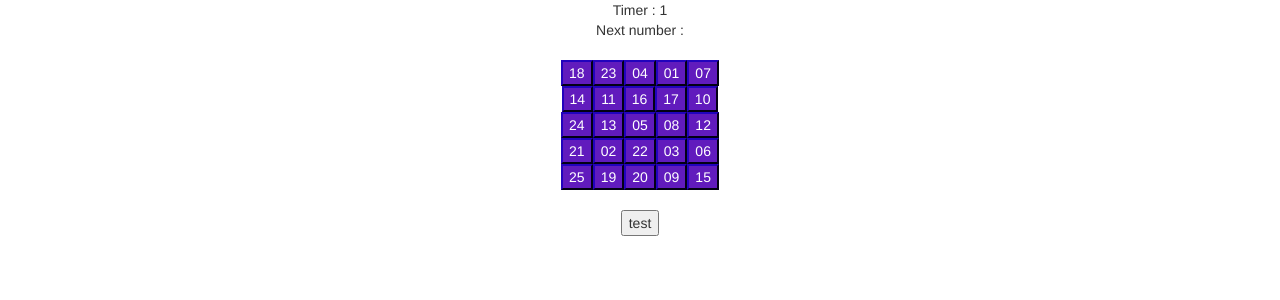
Repository: mikelily/lab
Page: oneTo25/game.2.html
The author's editor kept a record of every edit. The page is drawn from the files as they stood at one moment, then again after the next edit.
The browser window is 1280 px wide. The pictures show the whole page.

Above is the page before.

### oneTo25/game.2.html
<!DOCTYPE html>
<html>
    <head>
        <meta charset="UTF-8">
        <title>1 - 25</title>

        <meta name="viewport" content="width=device-width, initial-scale=1">
        <link href="css/bootstrap.min.css" rel="stylesheet">
        <link href="css/bootstrap-button.css" rel="stylesheet">

        <link href="css/style_ok.css" rel="stylesheet">
        <script type="text/javascript" src="js/jquery.js"></script>
        <script>
            var oneTo25 = [];
            // var oneTo25Random = [];
            for (var i=0;i<25;i++){
                if(i<9){
                    oneTo25[i] = "0"+(i+1);
                }else
                    oneTo25[i] = i+1;
            }

            $(document).ready(function () {
                placeBtn();
            });

            $(".num25").each(function (key, obj) {
                $(obj).data("num25", oneTo25[key]);
            })

            function placeBtn(){
                $("#nextN").text(nextNum);
                var html = "";
                var brNow = 0;
                random25();
                for (i = 0 ; i < 25 ; i++){
                    if(brNow==5){
                        html += "<br>";
                        brNow =0;
                    }
                    html += '<button type="button" name="btn'+oneTo25[i]+'" id="btn'+
                    oneTo25[i]+'"class="num25 btn-num" data-num25="btn'+oneTo25[i]+
                    '" onclick="btnClick('+oneTo25[i]+')">'+oneTo25[i]+' </button>';
                    brNow++;
                }
                $("#container").html(html);

            }
        </script>
    </head>
    <body>
        <center>
            <div>
                <text>Timer : </text>
                <text id="nextN"></text>
            </div>
            <!--<canvas id="canvas" width=300 height=300></canvas>-->
            <div>
                <text>Next number : </text>
                <text id="nextN"></text>
            </div>
            <br>
            <div id="container"></div><br>
            <div>
                <button onclick="btnTest()">test</button>
            </div>
            <script>
            var timer;
            var output;

            function btnTest(){
                placeBtn();
            }

            var nextNum = 1;
            var rightNum = -1;

            function btnClick(i){
                console.log(i);
                if(nextNum == i){
                    nextNum++;  //if nextNum == 26 -> End Game
                    if (nextNum == 26){
                        nextNum = 1;
                        //endGame
                    }


                    $("#nextN").text(nextNum);

                    if(i<10){
                        $("#btn0"+i).prop('disabled', true);
                        $("#btn0"+i).removeClass("btn-num");
                        $("#btn0"+i).addClass("btn-numC");
                    }else{
                        $("#btn"+i).prop('disabled', true);
                        $("#btn"+i).removeClass("btn-num");
                        $("#btn"+i).addClass("btn-numC");
                    }
                }


                //console.log(i);
            }

            function random25(){
                for(var i=0;i<50;i++){  //打亂50次
                    var twoNum = getRandomArray(0,24,2);
                    var j = twoNum[0];
                    var k = twoNum[1];
                    var temp = "";
                    temp = oneTo25[j];
                    oneTo25[j] = oneTo25[k];
                    oneTo25[k] = temp;
                    //console.log("第"+(i+1)+"次：change "+j+" , "+k);

                }
            }

            // =========Timer Code 1=========
            // var canvas=document.getElementById("canvas");
            // var ctx=canvas.getContext("2d");
            // var cw=canvas.width;
            // var ch=canvas.height;


            // var timers=[];
            // timers.push({delay:50,nextFireTime:0,doFunction:doTimers,counter:0});
            // timers.push({delay:1000,nextFireTime:0,doFunction:doTimers,counter:0});
            // timers.push({delay:5000,nextFireTime:0,doFunction:doTimers,counter:0});

            // requestAnimationFrame(timerLoop);

            // function timerLoop(currentTime){
            //   requestAnimationFrame(timerLoop);

            //   for(var i=0;i<timers.length;i++){
            //     if(currentTime>timers[i].nextFireTime){
            //       var t=timers[i];
            //       t.nextFireTime=currentTime+t.delay;
            //       t.doFunction(t,i);
            //     }
            //   }

            // }

            // function doTimers(t,i){
            //   ctx.clearRect(0,100+i*20-20,cw,20);
            //   ctx.fillText('Timer#'+i+' with '+t.delay+'ms delay has fired '+(++t.counter)+' times.',20,100+20*i);
            // }
            // =========Timer Code 1=========


            function getRandom(minNum, maxNum) {	//取得 minNum(最小值) ~ maxNum(最大值) 之間的亂數
            	return Math.floor( Math.random() * (maxNum - minNum + 1) ) + minNum;
            }

            function getRandomArray(minNum, maxNum, n) {	//隨機產生不重覆的n個數字
            	var rdmArray = [n];		//儲存產生的陣列

            	for(var i=0; i<n; i++) {
            		var rdm = 0;		//暫存的亂數

            		do {
            			var exist = false;			//此亂數是否已存在
            			rdm = getRandom(minNum, maxNum);	//取得亂數

            			//檢查亂數是否存在於陣列中，若存在則繼續回圈
            			if(rdmArray.indexOf(rdm) != -1) exist = true;

            		} while (exist);	//產生沒出現過的亂數時離開迴圈

            		rdmArray[i] = rdm;
            	}
            	return rdmArray;
            }
            </script>
        </center>
    </body>
</html>

### oneTo25/css/bootstrap-button.css
.btn-num {
  color: #ffffff;
  background-color: #611BBD;
  border-color: #130269;
  /*size: 20;*/
}

.btn-num:hover,
.btn-num:focus,
.btn-num:active,
.btn-num.active,
.open .dropdown-toggle.btn-num {
  color: #ffffff;
  background-color: #49247A;
  border-color: #130269;
}

.btn-num:active,
.btn-num.active,
.open .dropdown-toggle.btn-num {
  background-image: none;
}

.btn-num.disabled,
.btn-num[disabled],
fieldset[disabled] .btn-num,
.btn-num.disabled:hover,
.btn-num[disabled]:hover,
fieldset[disabled] .btn-num:hover,
.btn-num.disabled:focus,
.btn-num[disabled]:focus,
fieldset[disabled] .btn-num:focus,
.btn-num.disabled:active,
.btn-num[disabled]:active,
fieldset[disabled] .btn-num:active,
.btn-num.disabled.active,
.btn-num[disabled].active,
fieldset[disabled] .btn-num.active {
  background-color: #611BBD;
  border-color: #130269;
}

.btn-num .badge {
  color: #611BBD;
  background-color: #ffffff;
}

/*=============================*/

.btn-numC {
  color: #ffffff;
  background-color: #E8E1F2;
  border-color: #F3F2FA;
}

.btn-numC:hover,
.btn-numC:focus,
.btn-numC:active,
.btn-numC.active,
.open .dropdown-toggle.btn-numC {
  color: #ffffff;
  background-color: #F0EAF7;
  border-color: #F3F2FA;
}

.btn-numC:active,
.btn-numC.active,
.open .dropdown-toggle.btn-numC {
  background-image: none;
}

.btn-numC.disabled,
.btn-numC[disabled],
fieldset[disabled] .btn-numC,
.btn-numC.disabled:hover,
.btn-numC[disabled]:hover,
fieldset[disabled] .btn-numC:hover,
.btn-numC.disabled:focus,
.btn-numC[disabled]:focus,
fieldset[disabled] .btn-numC:focus,
.btn-numC.disabled:active,
.btn-numC[disabled]:active,
fieldset[disabled] .btn-numC:active,
.btn-numC.disabled.active,
.btn-numC[disabled].active,
fieldset[disabled] .btn-numC.active {
  background-color: #E8E1F2;
  border-color: #F3F2FA;
}

.btn-numC .badge {
  color: #E8E1F2;
  background-color: #ffffff;
}

### oneTo25/css/style_ok.css
/* Base styles (regardless of theme) */
.bs-callout {
    margin: 20px 0;
    padding: 15px 30px 15px 15px;
    border-left: 5px solid #eee;
}

.bs-callout h4 {
    margin-top: 0;
}

.bs-callout p:last-child {
    margin-bottom: 0;
}

.bs-callout code,
.bs-callout .highlight {
    background-color: #fff;
}

/* Themes for different contexts */
.bs-callout-danger {
    background-color: #fcf2f2;
    border-color: #dFb5b4;
}

.bs-callout-warning {
    background-color: #fefbed;
    border-color: #f1e7bc;
}

.bs-callout-info {
    background-color: #f0f7fd;
    border-color: #d0e3f0;
}

.bs-callout-danger h4,
.bs-callout-danger a.alert-link {
    color: #B94A48;
}

.bs-callout-warning h4,
.bs-callout-warning a.alert-link {
    color: #C09853;
}

.bs-callout-info h4,
.bs-callout-info a.alert-link {
    color: #3A87AD;
}

.bs-callout a.alert-link {
    font-weight: bold;
}

Loaded but not shown: oneTo25/css/bootstrap.min.css (library); oneTo25/js/jquery.js (library)

After the next edit:
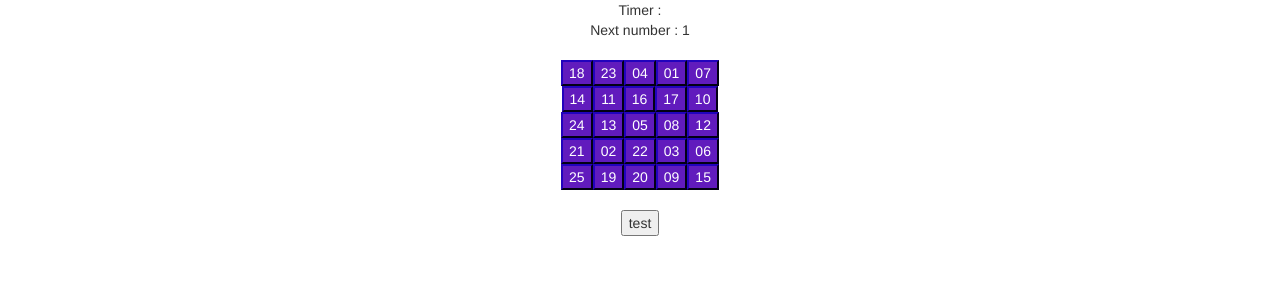
The edit:
--- a/oneTo25/game.2.html
+++ b/oneTo25/game.2.html
@@ -52,7 +52,7 @@
         <center>
             <div>
                 <text>Timer : </text>
-                <text id="nextN"></text>
+                <text id="timerS"></text>
             </div>
             <!--<canvas id="canvas" width=300 height=300></canvas>-->
             <div>
